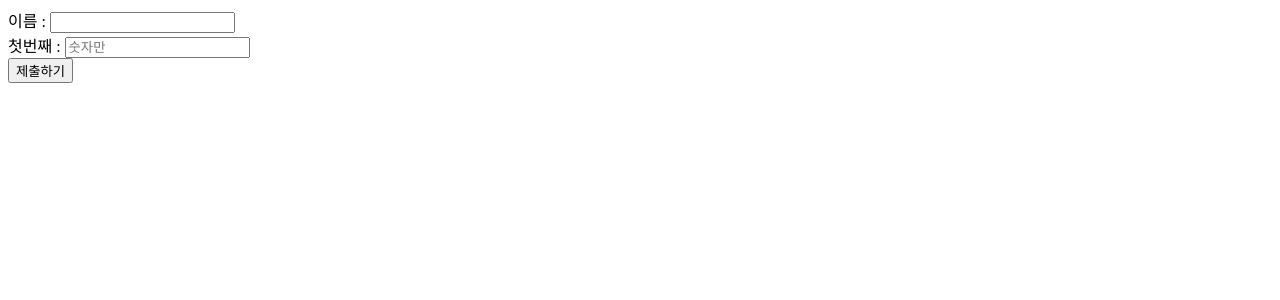
Repository: MySunTY/JSP
Page: http://localhost/JSP04/
The author's editor kept a copy of each file at every save. The page is drawn from the files as they stood at one save, then again after the next save.
The browser window is 1280 px wide. The pictures show the whole page.
The page is served by Tomcat 9.

Above is the page before, as saved 2024-05-10 01:55:35.

### JSP04/src/main/webapp/index.jsp
<%@ page language="java" contentType="text/html; charset=utf-8"
    pageEncoding="utf-8"%>
<!DOCTYPE html>
<html>
	<head>
		<meta charset="utf-8">
		<title>form태그의 사용</title>
	</head>
	<body>
		<!-- form태그의 속성 -->
		<!-- method : 전송방식 -->
		<!-- action : 목적지 -->
		<!-- form태그가 데이터를 전송할 때는 name=value의 형태로 값을 전송한다 *5000000000000000 -->
		<!-- name이 없으면 데이터를 전송할 수 없다 -->
		<form method="get" action="result.jsp">
			이름 : <input type="text" name="nm"><br>
			첫번째 : <input type="text" name="first" placeholder="숫자만"><br>
			<input type="submit" value="제출하기">


		</form>
	</body>
</html>

After the next save:
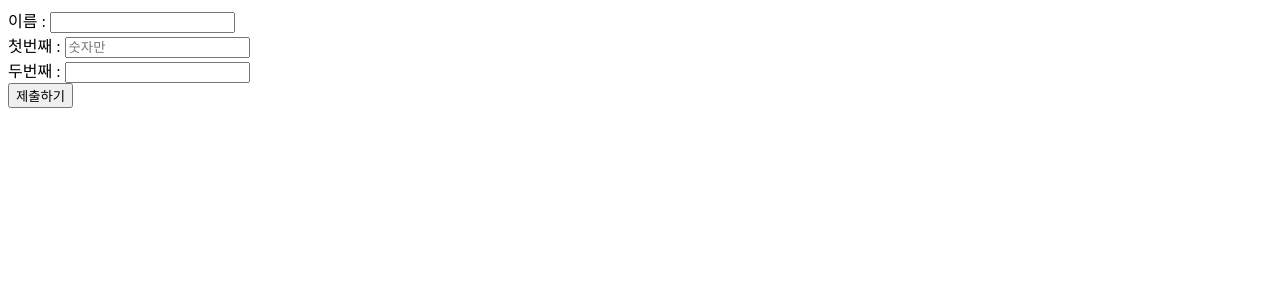
Saved 42 s later.
--- a/JSP04/src/main/webapp/index.jsp
+++ b/JSP04/src/main/webapp/index.jsp
@@ -15,6 +15,7 @@
 		<form method="get" action="result.jsp">
 			이름 : <input type="text" name="nm"><br>
 			첫번째 : <input type="text" name="first" placeholder="숫자만"><br>
+			두번째 : <input type="text" name="second" placehorder="숫자만"><br>
 			<input type="submit" value="제출하기">
 
 
